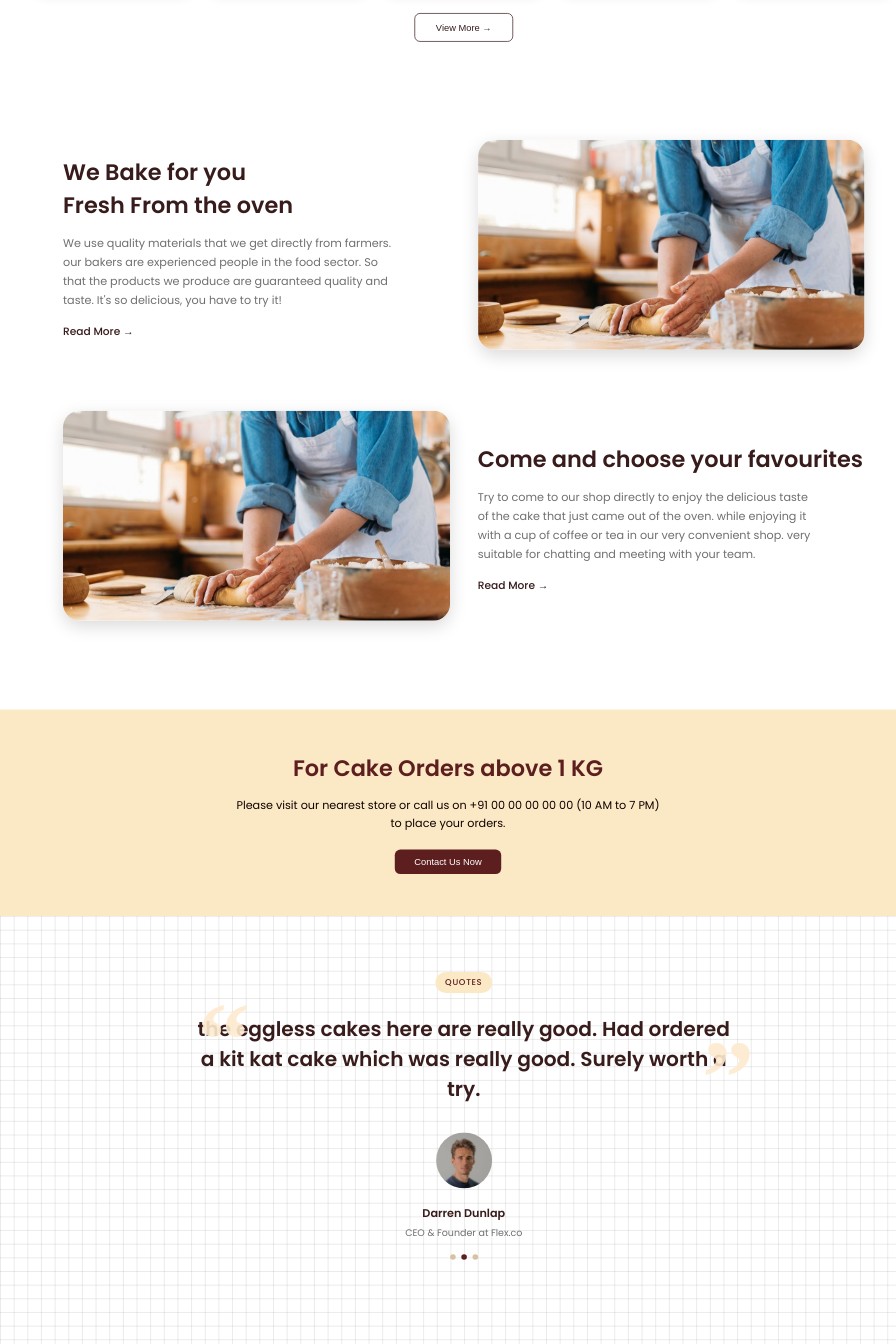
Repository: josegabrielzevallos/chocobrat-bakery-website
Page: index.html
An editor plug-in stored every save of this project. The page is shown before and after the next save, followed by the edit.
The browser window is 1280 px wide. The pictures show the part of the page from y = 1014 to 2934 px (the page is 2934 px tall), at 70% of full size.

Above is the page before, as saved 2025-11-20 17:34:45.

### index.html
<!DOCTYPE html>
<html lang="en">
<head>
    <meta charset="UTF-8" />
    <meta name="viewport" content="width=device-width, initial-scale=1.0" />
    <title>Chocobrat Bakery</title>

    <link href="https://fonts.googleapis.com/css2?family=Poppins:wght@300;400;500;600;700&display=swap" rel="stylesheet">

    <link rel="stylesheet" href="styles.css" />
</head>
<body>

    <!-- NAVBAR -->
    <header>
        <nav class="navbar container">
            <h1 class="logo">Chocobrat</h1>

            <ul class="nav-links">
                <li><a class="active" href="#">Home</a></li>
                <li class="dropdown">
                    <a href="#">Categories ▾</a>
                </li>
                <li><a href="#">About Us</a></li>
                <li><a href="#">Contact Us</a></li>
            </ul>

            <div class="nav-actions">
                <input type="text" placeholder="Search" class="search-box" />
                <button class="icon-btn">🔍</button>
                 <button class="icon-btn">👤</button>
                <button class="icon-btn">🛒</button>

            </div>
        </nav>
    </header>

    <!-- HERO SECTION -->
    <section class="hero container">
        <div>
        <div class="hero-text">
            <div class="hero-img">
                <img src="./assets/images/b1-cake.png" alt="Cake">
            </div>
            <div class="carousel container">
                <div class="slider-controls">
                    <span class="arrow" id="prev">&larr;</span>
                    <span class="slide-text">01/7</span>
                    <span class="arrow" id="next">&rarr;</span>
                </div>
                <img src="assets/images/b2-cake.jpeg" class="thumb" />
                <img src="assets/images/b3-cake-red.png" class="thumb" />
                <img src="assets/images/b4-cake.jpg" class="thumb" />

            </div>
                <h2>Bring you Happiness <br> through a piece of cake</h2>
                <p>We make different type of cakes, chocolate, soft cookies, cheesecake pie or anything you want.</p>

                <div class="hero-buttons">
                    <button class="btn primary">Order Now</button>
                    <button class="btn secondary">See All Menus</button>
                </div>
            </div>


        </div>
        <div class="hero-ba" >
            <!-- CAROUSEL STATIC -->


            <div class="title-row">
                <h2>Try Our Best Selling</h2>
                <div class="divider"></div>
                <p>Here’s our best creations that everyone loves. Lightness and sweetness of the cake...</p>
            </div>
        </div>
    </section>



    <!-- BEST SELLING SECTION -->
    <section class="best-selling container">


        <div class="product-grid">

            <!-- CARD 1 -->
            <article class="card">
                <img src="assets/images/b5-cakes.png" alt="">
                <h3>Red Velvet & Cream Cheese (500g)</h3>
                <div class="rating">
                    ⭐⭐⭐⭐☆ <span>4.0 Rating</span>
                </div>
            </article>

            <!-- CARD 2 -->
            <article class="card">
                <img src="assets/images/b6-cakes.png" alt="">
                <h3>Red Velvet & Cream Cheese (500g)</h3>
                <div class="rating">
                    ⭐⭐⭐⭐☆ <span>4.0 Rating</span>
                </div>
            </article>

            <!-- CARD 3 -->
            <article class="card">
                <img src="assets/images/b7-cakes.png" alt="">
                <h3>Red Velvet & Cream Cheese (500g)</h3>
                <div class="rating">
                    ⭐⭐⭐⭐☆ <span>4.0 Rating</span>
                </div>
            </article>

            <!-- CARD 4 -->
            <article class="card">
                <img src="assets/images/b8-cakes.png" alt="">
                <h3>Red Velvet & Cream Cheese (500g)</h3>
                <div class="rating">
                    ⭐⭐⭐⭐☆ <span>4.0 Rating</span>
                </div>
            </article>
              <!-- CARD 5 -->
            <article class="card">
                <img src="assets/images/b9-cakes.png" alt="">
                <h3>Red Velvet & Cream Cheese (500g)</h3>
                <div class="rating">
                    ⭐⭐⭐⭐☆ <span>4.0 Rating</span>
                </div>
            </article>
        </div>

        <center>
            <button class="btn view-more">View More →</button>
        </center>
    </section>

        <!-- STORY / ABOUT BAKERY SECTION -->
    <section class="story container">
        <article class="story-card">

            <div class="story-text">
                <h2>We Bake for you<br>Fresh From the oven</h2>
                <p>
                    We use quality materials that we get directly from farmers.
                    <br>our bakers are experienced people in the food sector. So
                    <br>that the products we produce are guaranteed quality and
                    <br>taste. It's so delicious, you have to try it!
                </p>
                <a href="#" class="story-link">Read More →</a>
            </div>
            <div class="story-img">
                <img src="./assets/images/b9-women.jpeg" alt="Baker preparing pastry">
            </div>

        </article>


        <article class="story-card">

            <div class="story-img">
                <img src="./assets/images/b9-women.jpeg" alt="Baker rolling dough">
            </div>

            <div class="story-text">
                <h2>Come and choose your favourites</h2>
                <p>
                    Try to come to our shop directly to enjoy the delicious taste
                    <br>of the cake that just came out of the oven. while enjoying it
                    <br>with a cup of coffee or tea in our very convenient shop. very
                    <br>suitable for chatting and meeting with your team.
                </p>
                <a href="#" class="story-link">Read More →</a>
            </div>

        </article>

    </section>

    <!-- CAKE ORDER BANNER -->
    <section class="order-banner">
        <div class="order-banner-inner">
            <h2>For Cake Orders above 1 KG</h2>
            <p>
                Please visit our nearest store or call us on +91 00 00 00 00 00 (10 AM to 7 PM)
            <br>
                to place your orders.
            </p>
            <button class="btn primary order-btn">Contact Us Now</button>
        </div>
    </section>

    <!-- QUOTES SECTION -->
    <section class="quotes-section">
        <div class="container quotes-inner">
            <span class="quotes-label">QUOTES</span>

            <p class="quote-text">
                the eggless cakes here are really good. Had ordered a kit kat cake which was
                really good. Surely worth a try.
            </p>

            <div class="quote-author">
                <div class="quote-avatar">
                    <img src="./assets/images/b10-man.jpeg" alt="Darren Dunlap">
                </div>
                <h3>Darren Dunlap</h3>
                <p class="quote-role">CEO &amp; Founder at Flex.co</p>

                <div class="quote-dots">
                    <span class="quote-dot"></span>
                    <span class="quote-dot active"></span>
                    <span class="quote-dot"></span>
                </div>
            </div>
        </div>
    </section>
</body>
</html>

### styles.css
/* ===== RESET ===== */
* {
    margin: 0;
    padding: 0;
    box-sizing: border-box;
}

body {
    font-family: "Poppins", sans-serif;
    background-color: #ffffff;
    background-color: #FFF;
    color: #381B1B;
}

.container {
    max-width: 1478px;
    /* margin: auto; */

    padding-bottom:20px ;
    padding-left: 50px;
    padding-right: 5px;
}

/* ===== NAVBAR ===== */
header {
    background: #FFF;
    padding: 0px 0;
}

.navbar {
    display: flex;
    align-items: center;
    justify-content: space-between;
}

.logo {
    font-size: 1.8rem;
    font-weight: 600;
}

.nav-links {
    display: flex;
    list-style: none;
    gap: 30px;
}

.nav-links a {
    text-decoration: none;
    color: #6F6F6F;
    font-weight: 500;
}

.nav-links .active {
    color: #381B1B;
    font-weight: 600;
}

.nav-actions {
    display: flex;
    align-items: center;
    gap: 12px;
}

.search-box {
    padding: 10px 15px;
    border-radius: 8px;
    border: 1px solid #ddd;
}

.icon-btn {
    background: #5C1E1E;
    color: #fff;
    padding: 10px;
    border-radius: 8px;
    border: none;
}

/* ===== HERO ===== */
.hero {
    /* display: flex; */
    display: block;
    align-items: center;
    justify-content: space-between;
    background: linear-gradient(to right, white, #f1ecdc);

    margin-top: 40px;
    background-color: #FFF8F2;
    border-radius: 16px;
}

.hero-text {
    max-width: 100%;
}
.hero-back{
    /* float: right; */
    margin-top: 200px;
    margin-right: 50px;
}

.hero-text h2 {
    font-size: 2.8rem;
    line-height: 1.2;
    margin-bottom: 15px;
}

.hero-text p {
    font-size: 1rem;
    color: #6F6F6F;
    margin-bottom: 25px;
}

.hero-buttons {
    display: flex;
    gap: 15px;
}

.btn {
    padding: 12px 30px;
    font-weight: 500;
    border-radius: 8px;
    border: none;
    cursor: pointer;
}

.primary {
    background: #5C1E1E;
    color: white;
}

.secondary {
    background: white;
    border: 1px solid #5C1E1E;
    color: #5C1E1E;
}

.hero-img img {
    width: 480px;
    border-radius: 12px;
    float: right;
}

/* ===== CAROUSEL ===== */
.carousel {
    margin-top: -125px;
    display: flex;
    gap: 10px;
    clear: both;
    overflow-x: hidden;
    padding-bottom: 10px;
    float:right;
    background: #f6ffff59;
    border-top-left-radius: 64px;
    border-bottom-left-radius: 64px;

}

.slider-controls {
      display: flex;
      align-items: center;
      gap: 16px;           /* espacio entre flecha y texto */
      font-family: Arial, sans-serif;
      font-size: 18px;
    }

.divider {
  width: 1.5px;
  height: 53px; /* Ajusta el largo de la línea */
  background-color: #000000; /* Color suave como en tu imagen */
    background-color: #FFF8F2;
    border-radius: 16px;
}

.thumb {
    width: 180px;
    height: 110px;
    border-radius: 12px;
    object-fit: cover;
}

/* ===== BEST SELLING ===== */
.best-selling {
    margin-top: 60px;
}

.title-row {
    display: flex;
    justify-content: space-between;
    margin-bottom: 30px;
    clear: both;
    padding-top: 60px;
}

.title-row h2 {
    font-size: 2rem;
    color: #381B1B;
}

.title-row p {
    max-width: 45%;
    color: #6F6F6F;
}

/* ===== PRODUCT GRID ===== */
.product-grid {
    display: grid;
    grid-template-columns: repeat(5, 1fr);
    gap: 25px;
    margin-top: 30px;
}

.card {
    background: #fff;
    padding: 15px;
    border-radius: 15px;
    box-shadow: 0 4px 15px rgba(0,0,0,0.06);
}

.card img {
    width: 100%;
    height: 180px;
    border-radius: 12px;
    object-fit: cover;
}

.card h3 {
    margin: 12px 0 5px;
    font-size: 1rem;
}

.rating {
    color: #F2C94C;
    font-size: 0.9rem;
}

.rating span {
    color: #6F6F6F;
    margin-left: 5px;
}

.view-more {
    margin-top: 25px;
    background: white;
    border: 1px solid #381B1B;
    color: #381B1B;
}

/* ===== STORY / ABOUT BAKERY SECTION ===== */
.story {
    margin-top: 80px;
    display: flex;
    flex-direction: column;
    gap: 6  0px;
}

.story-card {
    display: flex;
    align-items: center;
    justify-content: space-between;   /* nuevo */
    gap: 40px;
    padding: 40px;
}

.story-card-reverse {
    flex-direction: row-reverse;
}

.story-text {
    flex: 1;        /* 50% del espacio */
}

.story-text h3 {
    font-size: 1rem;
    font-weight: 500;
    color: #A35A4A;
    margin-bottom: 4px;
}

.story-text h2 {
    font-size: 2rem;
    font-weight: 600;
    margin-bottom: 16px;
    color: #381B1B;
}

.story-text p {
    color: #6F6F6F;
    line-height: 1.7;
    margin-bottom: 18px;
}

.story-link {
    text-decoration: none;
    font-weight: 500;
    color: #381B1B;
    font-size: 0.95rem;
}

.story-img {
    flex: 1;        /* 50% del espacio */
}

.story-img img {
    width: 100%;
    height: 100%;
    max-height: 300px;     /* evita que se extienda demasiado */
    object-fit: cover;
    border-radius: 24px;
    box-shadow: 0 8px 25px rgba(0, 0, 0, 0.15);
}

/* ===== ORDER BANNER ===== */
.order-banner {
    background-color: #FBE8C4;   /* banda beige */
    padding: 60px 20px;
    margin-top: 60px;
}

.order-banner-inner {
    max-width: 800px;
    margin: 0 auto;
    text-align: center;
}

.order-banner h2 {
    font-size: 2rem;
    font-weight: 600;
    color: #5C1E1E;             /* marrón del botón/nav */
    margin-bottom: 16px;
}

.order-banner p {
    color: #0f0101;
    line-height: 1.6;
    margin-bottom: 24px;
}

.order-btn {
    /* ya hereda .btn y .primary, solo ajustamos un poco el tamaño */
    padding: 10px 28px;
    border-radius: 8px;
}

/* ===== QUOTES / TESTIMONIAL SECTION ===== */
.quotes-section {
    position: relative;
    padding: 80px 20px 100px;
    background-color: #FFFFFF;

    /* cuadrícula punteada */
    background-image:
        repeating-linear-gradient(
            to right,
            rgba(0,0,0,0.08) 0px,
            rgba(0,0,0,0.08) 1px,
            transparent 1px,
            transparent 70px
        ),
        repeating-linear-gradient(
            to bottom,
            rgba(0,0,0,0.08) 0px,
            rgba(0,0,0,0.08) 1px,
            transparent 1px,
            transparent 70px
        );

    background-size: 19.5px 19.5px;
}

.quotes-inner {
    text-align: center;
}

.quotes-label {
    display: inline-block;
    padding: 6px 14px;
    font-size: 0.75rem;
    letter-spacing: 0.08em;
    text-transform: uppercase;
    border-radius: 999px;
    background-color: #FBE8C4;
    color: #5C1E1E;
    font-weight: 500;
}

/* COMILLAS GRANDES DE FONDO */
.quote-text {
    position: relative;
    max-width: 780px;
    margin: 30px auto 40px;
    font-size: 1.8rem;
    line-height: 1.5;
    font-weight: 600;
    color: #381B1B;
    z-index: 2;
}

.quote-text::before,
.quote-text::after {
    font-family: 'Playfair Display', serif;
    position: absolute;
    font-size: 150px;
    font-weight: 700;
    pointer-events: none;
    z-index: 0;

    /* degradado real */
    background: linear-gradient(
        to bottom,
        #FDEBCF 0%,
        #FDEBCF 45%,
        rgba(255,255,255,0.8) 80%,
        rgba(255,255,255,1) 100%
    );
    -webkit-background-clip: text;
    color: transparent;

    opacity: 0.9;  /* alta para que se note la panza blanca */
}


.quote-text::before {
    content: "“";
    left: 10px;
    top: -75px;
}

.quote-text::after {
    content: "”";
    right: -25px;
    bottom: -75px;
}


.quote-author {
    display: flex;
    flex-direction: column;
    align-items: center;
    gap: 6px;
}

.quote-avatar img {
    width: 80px;
    height: 80px;
    border-radius: 50%;
    object-fit: cover;
    /*box-shadow: 0 8px 25px rgba(0, 0, 0, 0.15);*/
}

.quote-author h3 {
    margin-top: 10px;
    font-size: 1rem;
    font-weight: 600;
    color: #381B1B;
}

.quote-role {
    font-size: 0.85rem;
    color: #6F6F6F;
}

/* tres puntitos inferiores */
.quote-dots {
    margin-top: 14px;
    display: flex;
    gap: 8px;
    justify-content: center;
}

.quote-dot {
    width: 8px;
    height: 8px;
    border-radius: 50%;
    background-color: #D8C1A0;
}

.quote-dot.active {
    width: 8px;
    height: 8px;
    background-color: #5C1E1E;
}

After the next save:
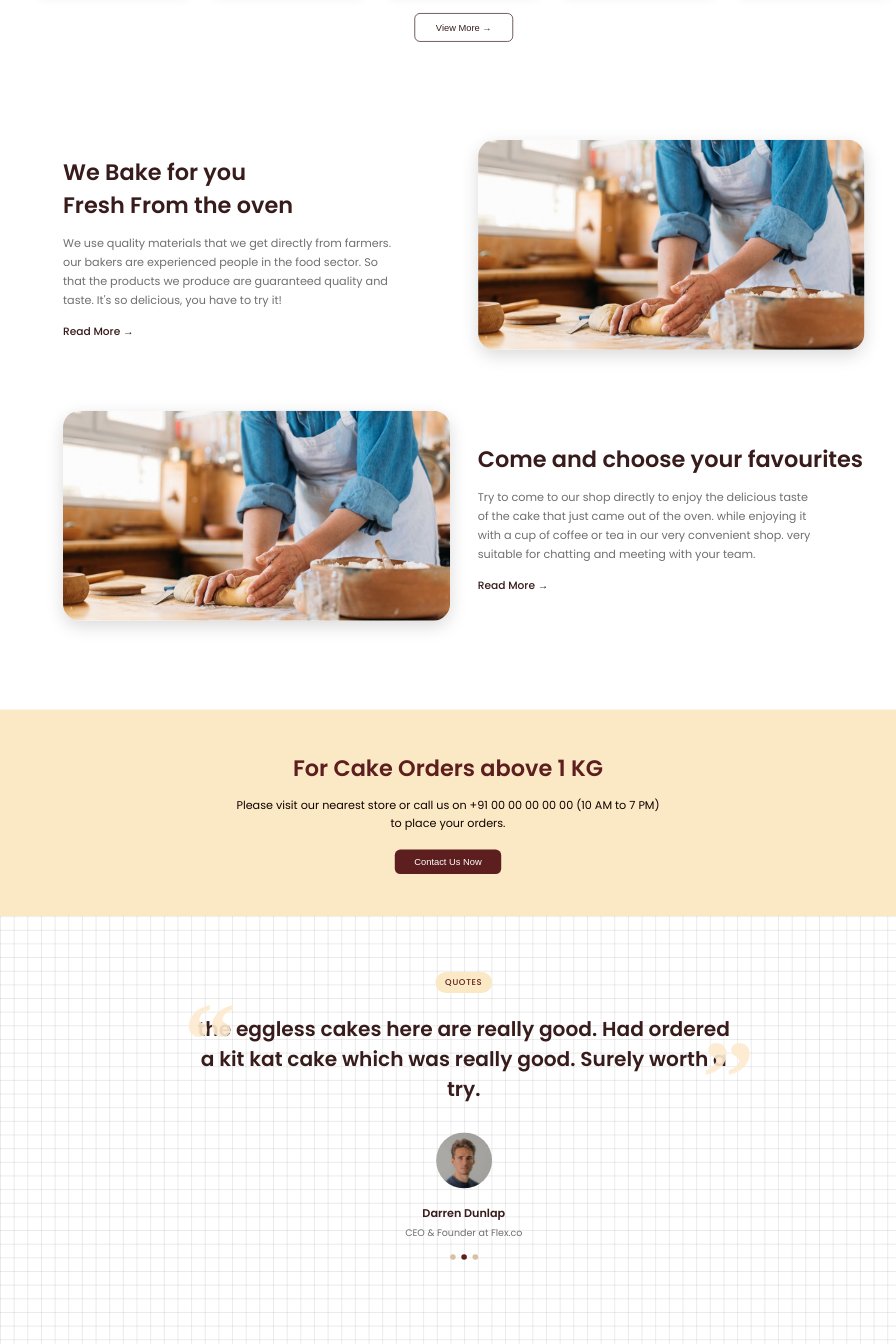
Saved 44 s later.
--- a/styles.css
+++ b/styles.css
@@ -420,7 +420,7 @@ header {
 
 .quote-text::before {
     content: "“";
-    left: 10px;
+    left: -10px;
     top: -75px;
 }
 
